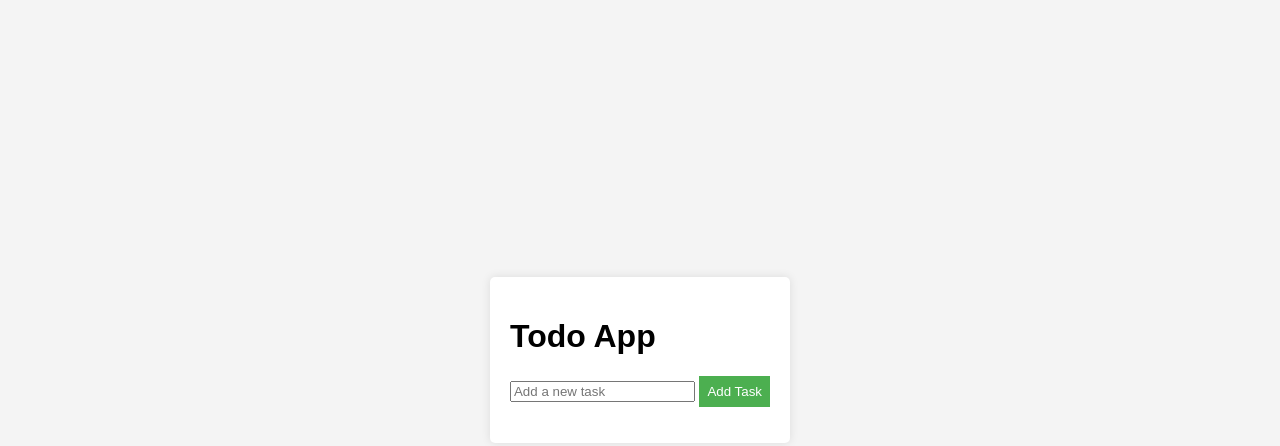
Repository: sinchana-P/Todo-JS-Project
Page: index.html
An editor plug-in stored every save of this project. The page is shown before and after the next save, followed by the edit.
The browser window is 1280 px wide. The pictures show the whole page.

Above is the page before, as saved 2023-11-21 15:05:57.

After the next save:
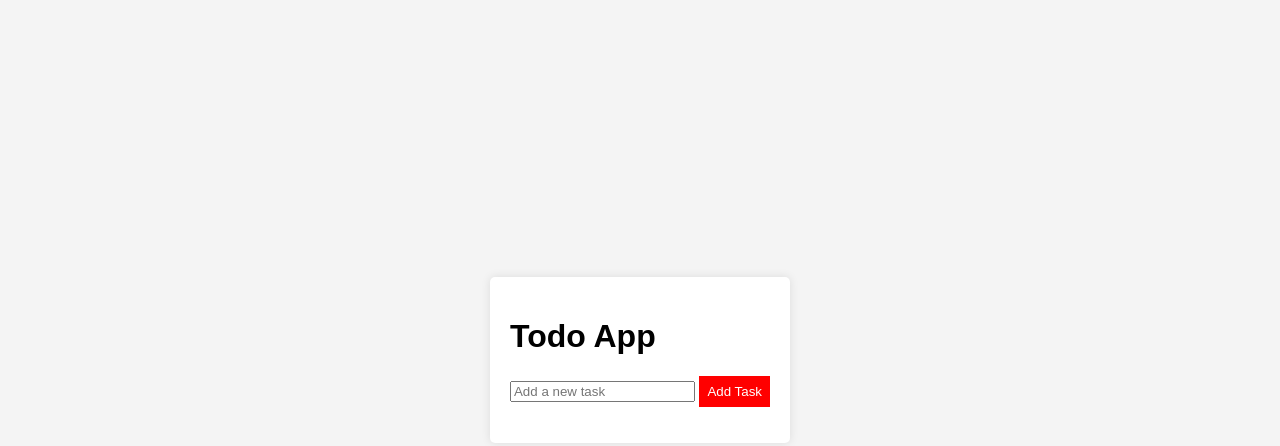
Saved 5 s later.
--- a/style.css
+++ b/style.css
@@ -31,7 +31,7 @@ li {
 button {
     padding: 8px;
     /* background-color: #4caf50; */
-    background-color: #4caf50;
+    background-color: red;
     color: #fff;
     border: none;
     cursor: pointer;
